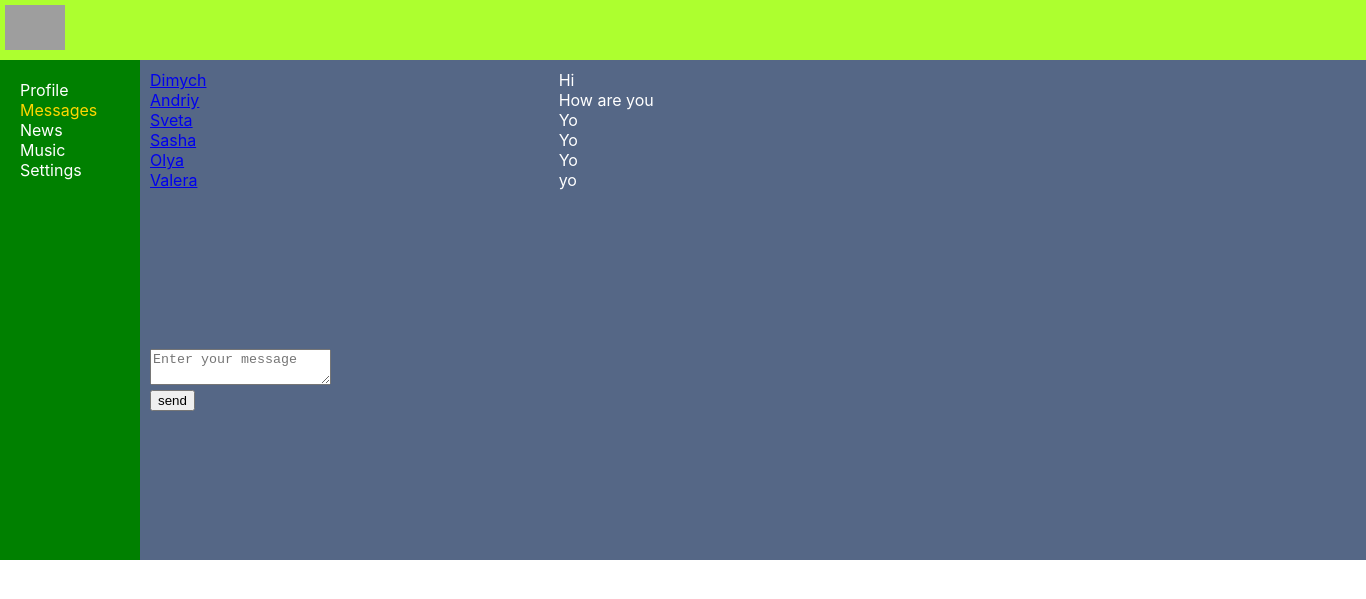
Repository: AndreyMykulych/FirstProject
Page: /dialogs
The author's editor kept a copy of each file at every save. The page is drawn from the files as they stood at one save, then again after the next save.
The browser window is 1280 px wide. The page is 1366 px wide, so the pictures cover 1366 px, including what lies to the right of the window. The pictures show the whole page.
Pictures or frames that could not be fetched are drawn as grey boxes. The project was rebuilt for these pictures with package versions that can differ from the ones it lists, and the page was loaded fresh each time. Also part of the build but not shown: src/components/Profile/MyPosts/MyPosts.module.css, src/components/Profile/MyPosts/Post/Post.module.css, src/components/Profile/MyPosts/Post/Post.jsx, src/components/Profile/MyPosts/MyPosts.jsx, src/components/Profile/ProfileInfo/ProfileInfo.module.css, src/components/Profile/ProfileInfo/ProfileInfo.jsx, src/components/Profile/Profile.jsx.

Above is the page before, as saved 2022-06-18 16:21:42.

### src/index.js
import React from 'react';
import ReactDOM from 'react-dom/client';
import './index.css';
import App from './App';
import reportWebVitals from './reportWebVitals';
import { BrowserRouter } from 'react-router-dom';

 import store from './redux/state';

let rerenderTree = (state) => {
    const root = ReactDOM.createRoot(document.getElementById('root'));
    root.render(

            <BrowserRouter>
            <App state={state}
                dispatch={store.dispatch.bind(store)}
            />
            </BrowserRouter>

    );
}

rerenderTree(store.getState())
store.subscribe(rerenderTree)
reportWebVitals ()

### src/App.js
import React from 'react';
import './App.css';
import Header from './components/Header/Header';
import Navbar from './components/Navbar/Navbar';
import Profile from './components/Profile/Profile';
import Dialogs from './components/Dialogs/Dialogs';
import { Route, Routes } from 'react-router-dom';

const App = (props) => {

  return (
      <div className='app-wrapper'>
        <Header />
        <Navbar />

        <div className='app-wrapper-content'>
          <Routes>
                  <Route path="/profile" element={<Profile
                      Profile={props.state.profilePage}
                     dispatch={props.dispatch}/>}></Route>
                  <Route path="/dialogs" element={<Dialogs
                      dispatch={props.dispatch}
                      state={props.state.messagesPage}
                      sendMessage={props.sendMessage}
                      Messages={props.state.messagesPage}
                      updateNewMessageText={props.updateNewMessageText}
                   />}></Route>
          </Routes>
        </div>
      </div>
  );
}

export default App;

### src/redux/state.js
const ADD_POST = 'ADD-POST';
const UPDATE_NEW_POST_TEXT = 'UPDATE-NEW-POST-TEXT';
const SEND_MESSAGE = 'SEND-MESSAGE'
const UPDATE_NEW_MESSAGE_TEXT = 'UPDATE-NEW-MESSAGE-TEXT'
let store = {
    _state : {
        profilePage: {
            posts: [
                { id: 1, message: 'Hi,how are u?', likescount: 15 },
                { id: 2, message: 'its my first post ', likescount: 11 },
                { id: 3, message: 'blalbalbla ', likescount: 13 },
                { id: 4, message: 'megogo ', likescount: 0 },
              ],
            newPostText: '' ,
          },
        messagesPage: {
        dialogs: [
            { id: 1, name: "Dimych", img: 'https://dota2.ru/img/heroes/pudge/portrait.jpg' },
            { id: 2, name: "Andriy" , img :'https://dota2.ru/img/heroes/lina/portrait.jpg' },
            { id: 3, name: "Sveta" ,img :'https://dota2.ru/img/heroes/skywrath_mage/portrait.jpg'},
            { id: 4, name: "Sasha" },
            { id: 5, name: "Olya" },
            { id: 6, name: "Valera" },
        ],
        messages : [
            { id: 1, message: "Hi" },
            { id: 2, message: "How are you" },
            { id: 3, message: "Yo" },
            { id: 4, message: "Yo" },
            { id: 5, message: "Yo" },
            { id: 6, message: "yo" },
        ],
         newDialogMessage : ''
        }

    },
    getState() {
        return this._state
    },
    _callSubscriber()  {
        console.log('has been changed')
    },
    subscribe (observer) {
        this._callSubscriber=observer
    },
    dispatch(action) {

        if (action.type === ADD_POST) {
            let newPost = {
                id: 5 ,
                message: this._state.profilePage.newPostText,
                likescount:0
            }
            this._state.profilePage.posts.push(newPost)
            this._state.profilePage.newPostText = '';
            this.rerenderTree(this._state)
        }
        else if (action.type === UPDATE_NEW_POST_TEXT) {
            this._state.profilePage.newPostText = action.newText
        this._callSubscriber( this._state)
        }
        else if (action.type === 'SEND-MESSAGE') {
            let newMessage = {
                id: 6 ,
                message: this._state.messagesPage.newDialogMessage,
            }
            this._state.messagesPage.messages.push(newMessage)
            this._state.messagesPage.newDialogMessage = ''
            this._callSubscriber( this._state)
        }
        else if (action.type === 'UPDATE-NEW-MESSAGE-TEXT') {
            this._state.messagesPage.newDialogMessage = action.newMessageText
            this._callSubscriber( this._state)
        }
    }
}
export const addPostActionCreator = () => ({
    type: ADD_POST
})
export const updateNewPostTextActionCreator = (text) =>
    ({ type : UPDATE_NEW_POST_TEXT , newText : text})
export const sendMessageActionCreator = () => ({
    type : SEND_MESSAGE
})
export const updateNewMessageTextActionCreator = (text) =>
    ({ type:UPDATE_NEW_MESSAGE_TEXT , newText:text  })
window.store = store;
export default store;

### src/App.css

.app-wrapper {
  margin: 0 auto;
  display: grid;
  width: 1366px;
  grid-template-areas:
    "h h"
    "n c";

    grid-template-rows: 60px 1fr;
    grid-template-columns: 2fr 10fr;

  grid-gap: 0px;
}

.app-wrapper-content {
  grid-area: c;
  background-color: rgb(85, 103, 134);
}

### src/components/Header/Header.jsx
import React from 'react';
import s from './Header.module.css'
const Header = () => {
   return <header className={s.header}>
      <img src='https://seeklogo.com/images/C/company-name-logo-09881CAD1A-seeklogo.com.png' />
   </header>
}
export default Header;

### src/components/Navbar/Navbar.jsx
import React from 'react';
import { NavLink } from 'react-router-dom';
import s from './Navbar.module.css'

const Navbar = (props) => {
   return (
      <nav className={s.nav}>
         <div className={s.item}>
            <NavLink to ='/profile' className={({isActive}) => isActive ? s.activeLink : ''}>Profile</NavLink>
         </div>
         <div className={s.item}>
            <NavLink to='/dialogs' className={ ({isActive})=> !isActive ?  '': s.activeLink}>Messages</NavLink>
         </div>
         <div className={s.item}>
            <NavLink to='/news' >News</NavLink>
         </div>
         <div className={s.item}>
            <NavLink to='/music' >Music</NavLink>
         </div>
         <div className={s.item}>
            <NavLink to='/settings'>Settings</NavLink>
           </div>


      </nav>
   )
}
export default Navbar;

### src/components/Dialogs/Dialogs.jsx
import React from "react";
import s from './Dialogs.module.css'
import { NavLink } from 'react-router-dom';
import DialogName from "./DialogName/DialogName";
import DialogMessage from "./DialogMessage/DialogMessage";
import { sendMessageActionCreator , updateNewMessageTextActionCreator } from "../../redux/state";
const Dialogs = (props) => {

    let img='https://dynamicmedia.livenationinternational.com/Media/z/d/d/93ededb5-9864-45ac-89b9-49861b4899f8.jpg'
    let dialogElements = props.state.dialogs.map(d => <DialogName name={d.name} id={d.id} img={ d.img}/>)
    let messagesElements = props.state.messages.map(m => <DialogMessage message={m.message} />)
    let newMessageElement = React.createRef();
    let sendMessage = () => {
        let action = sendMessageActionCreator();
        props.dispatch(action)
    }
    let onChangeMessage = () => {
        let text = newMessageElement.current.value;
        let action = updateNewMessageTextActionCreator(text);
        props.dispatch(action)
    }

    return (
        <div className={s.dialogs}>
            <div className={s.dialogsNames}>

               <div> {dialogElements}</div>
            </div>

            <div className={s.messages}>
               <div>{messagesElements}</div>
            </div>
            <div className={s.textBlock}>
                <textarea
                    placeholder="Enter your message"
                    ref={newMessageElement}
                    value={props.state.newDialogMessage}
                    onChange={onChangeMessage}>
                </textarea>
                <div className={s.btnBlock}>
                    <button onClick={sendMessage}>send</button>
                </div>
            </div>

        </div>


    )
}

export default Dialogs;

### src/components/Header/Header.module.css
.header {
   grid-area: h;
   background-color: greenyellow;
   max-height: 60px;
 }

 .header img {
   width: 60px;
   padding: 5px;
 }

### src/components/Navbar/Navbar.module.css
.nav {
   grid-area: n;
   background-color: Green;
   padding: 20px;
   width :100px
 }

 .item  a {
    color: white;
    text-decoration: none;
 }
 .item a.activeLink {
    color: gold;
 }

 .item a.activetedLink {
    color: red;
 }

.sidebarBlock {
color:white;
position : absolute;
top : 400px;
font-family:serif;
}

### src/components/Dialogs/Dialogs.module.css
.dialogs {
    display: grid;
    height: 500px;
    width: 1226px;
    grid-template-columns: 2fr 4fr;

}
.dialogsNames{
    padding: 10px;


}
.dialog{
   color: white;

}

.messages {
    padding: 10px;

}

.message {
    color: white;

}

.sendButton {
   background:red
}
.textBlock {
    padding:10px;
}

.dialog img {
    width: 60px;
}

### src/components/Dialogs/DialogName/DialogName.jsx
import React from "react";
import s from './../Dialogs.module.css'
import { NavLink } from 'react-router-dom';


const DialogName = (props) => {
    let path = "/dialogs/" + props.id;
    return (
        <div className={s.dialog + ' ' + s.active}>

            <NavLink to={path} className isActiveDialog={({ isActiveDialog }) => isActiveDialog ? s.activeLink : ''}>{props.name}</NavLink>
        </div>)
}

export default DialogName;

### src/components/Dialogs/DialogMessage/DialogMessage.jsx
import React from "react";
import s from './../Dialogs.module.css'

const DialogMessage = (props) => {
    return (
        <div className={s.message}>{props.message}</div>)

}



export default DialogMessage;

Loaded but not shown: src/index.css (common file); src/reportWebVitals.js (common file); src/components/Profile/Profile.module.css (no stored copy; drawn as an empty file)

After the next save:
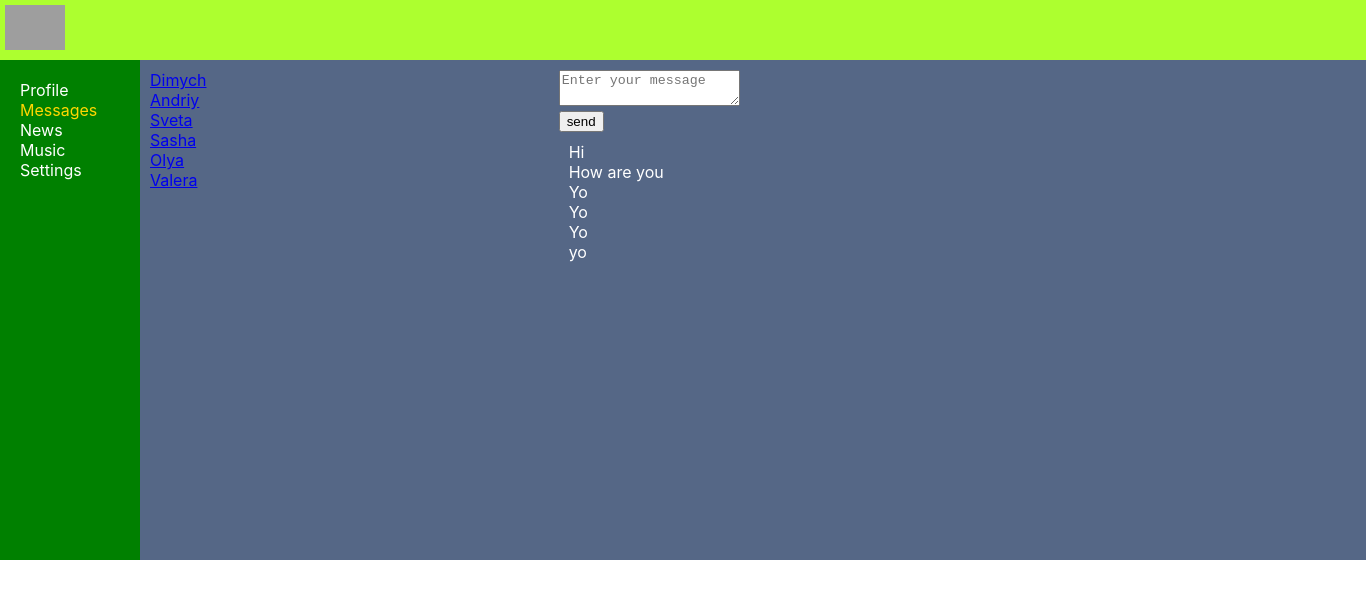
Saved 3 min 44 s later.
--- a/src/components/Dialogs/Dialogs.jsx
+++ b/src/components/Dialogs/Dialogs.jsx
@@ -26,10 +26,6 @@
 
                <div> {dialogElements}</div>
             </div>
-
-            <div className={s.messages}>
-               <div>{messagesElements}</div>
-            </div>
             <div className={s.textBlock}>
                 <textarea
                     placeholder="Enter your message"
@@ -40,6 +36,10 @@
                 <div className={s.btnBlock}>
                     <button onClick={sendMessage}>send</button>
                 </div>
+            <div className={s.messages}>
+               <div>{messagesElements}</div>
+            </div>
+
             </div>
 
         </div>

After the save that followed:
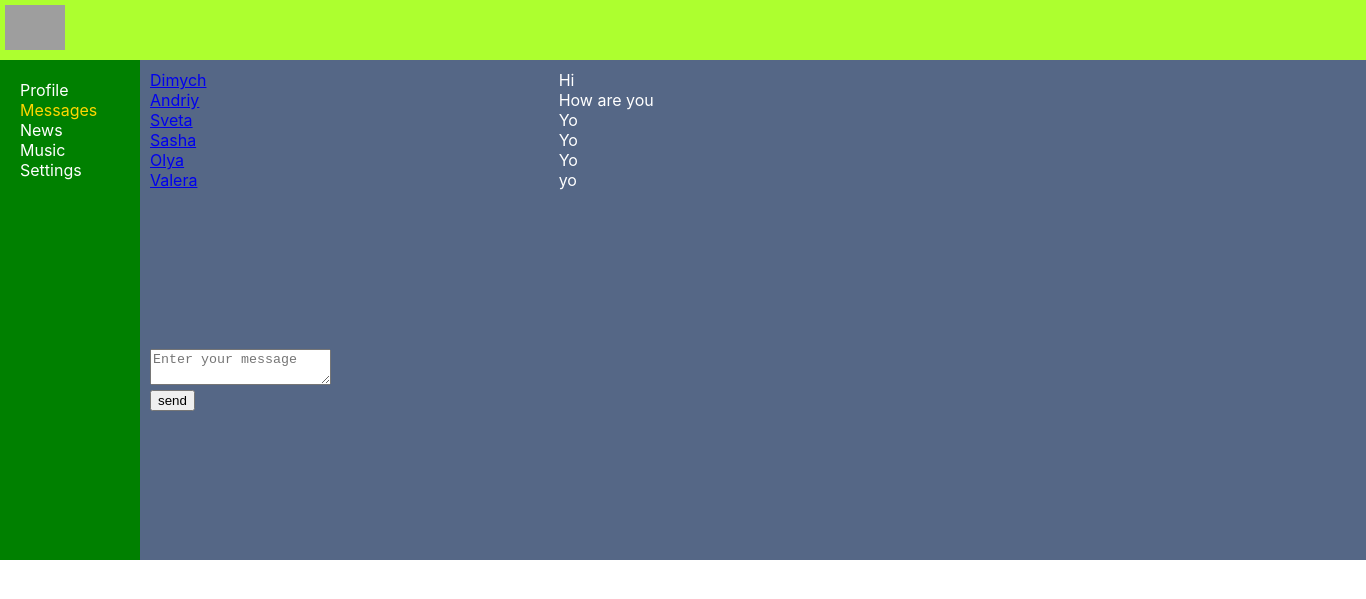
Saved 10 min 11 s later.
--- a/src/redux/state.js
+++ b/src/redux/state.js
@@ -1,7 +1,7 @@
 const ADD_POST = 'ADD-POST';
 const UPDATE_NEW_POST_TEXT = 'UPDATE-NEW-POST-TEXT';
-const SEND_MESSAGE = 'SEND-MESSAGE'
-const UPDATE_NEW_MESSAGE_TEXT = 'UPDATE-NEW-MESSAGE-TEXT'
+const SEND_MESSAGE = 'SEND-MESSAGE';
+const UPDATE_NEW_MESSAGE_TEXT = 'UPDATE-NEW-MESSAGE-TEXT';
 let store = {
     _state : {
         profilePage: {
@@ -83,6 +83,6 @@ export const sendMessageActionCreator = () => ({
     type : SEND_MESSAGE
 })
 export const updateNewMessageTextActionCreator = (text) =>
-    ({ type:UPDATE_NEW_MESSAGE_TEXT , newText:text  })
+    ({ type:UPDATE_NEW_MESSAGE_TEXT , newText: text  })
 window.store = store;
 export default store;
--- a/src/components/Dialogs/Dialogs.jsx
+++ b/src/components/Dialogs/Dialogs.jsx
@@ -26,6 +26,10 @@
 
                <div> {dialogElements}</div>
             </div>
+
+            <div className={s.messages}>
+               <div>{messagesElements}</div>
+            </div>
             <div className={s.textBlock}>
                 <textarea
                     placeholder="Enter your message"
@@ -36,10 +40,6 @@
                 <div className={s.btnBlock}>
                     <button onClick={sendMessage}>send</button>
                 </div>
-            <div className={s.messages}>
-               <div>{messagesElements}</div>
-            </div>
-
             </div>
 
         </div>
